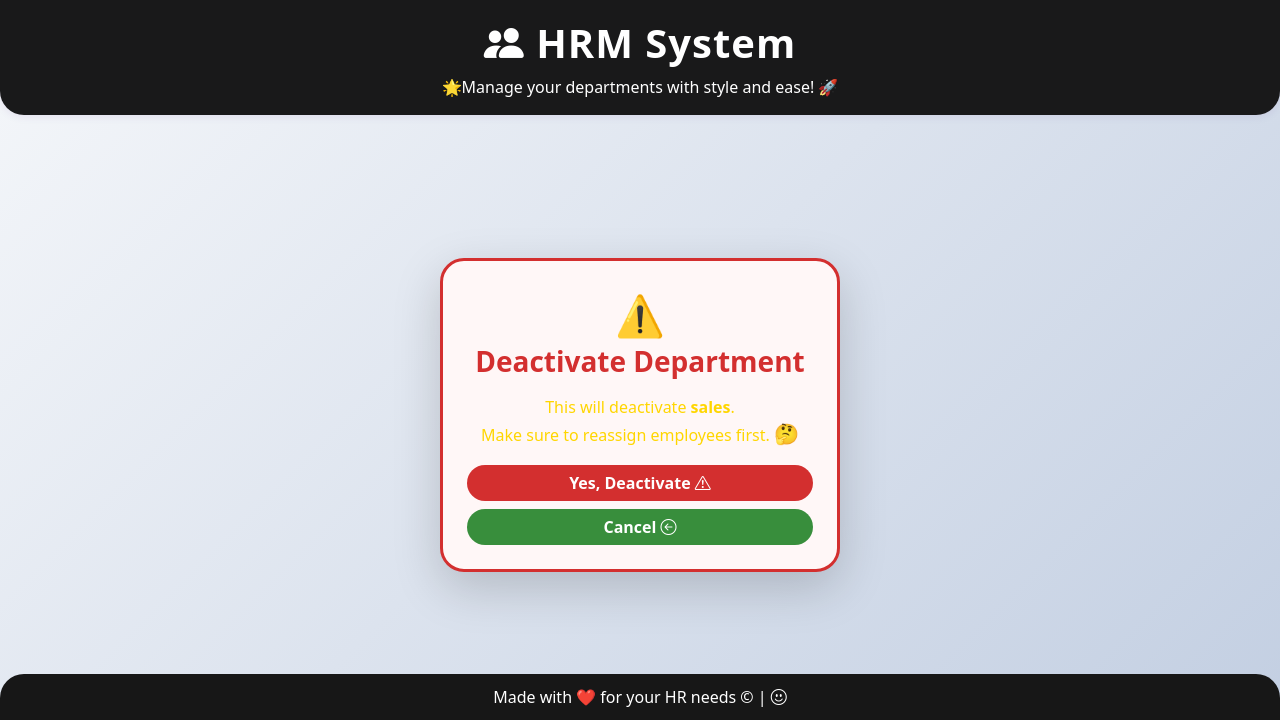
Repository: rtrupti09/HRMS
Page: http://localhost/departments/delete/1/
The author's editor kept a copy of each file at every save. The page is drawn from the files as they stood at one save, then again after the next save.
The browser window is 1280 px wide. The pictures show the whole page.
The page is served by the project's application, run on Django 5.2 (hrm_system/manage.py). The first stored user is signed in. The page reads the database file committed with the project.

Above is the page before, as saved 2025-06-22 15:56:34.

After the next save:
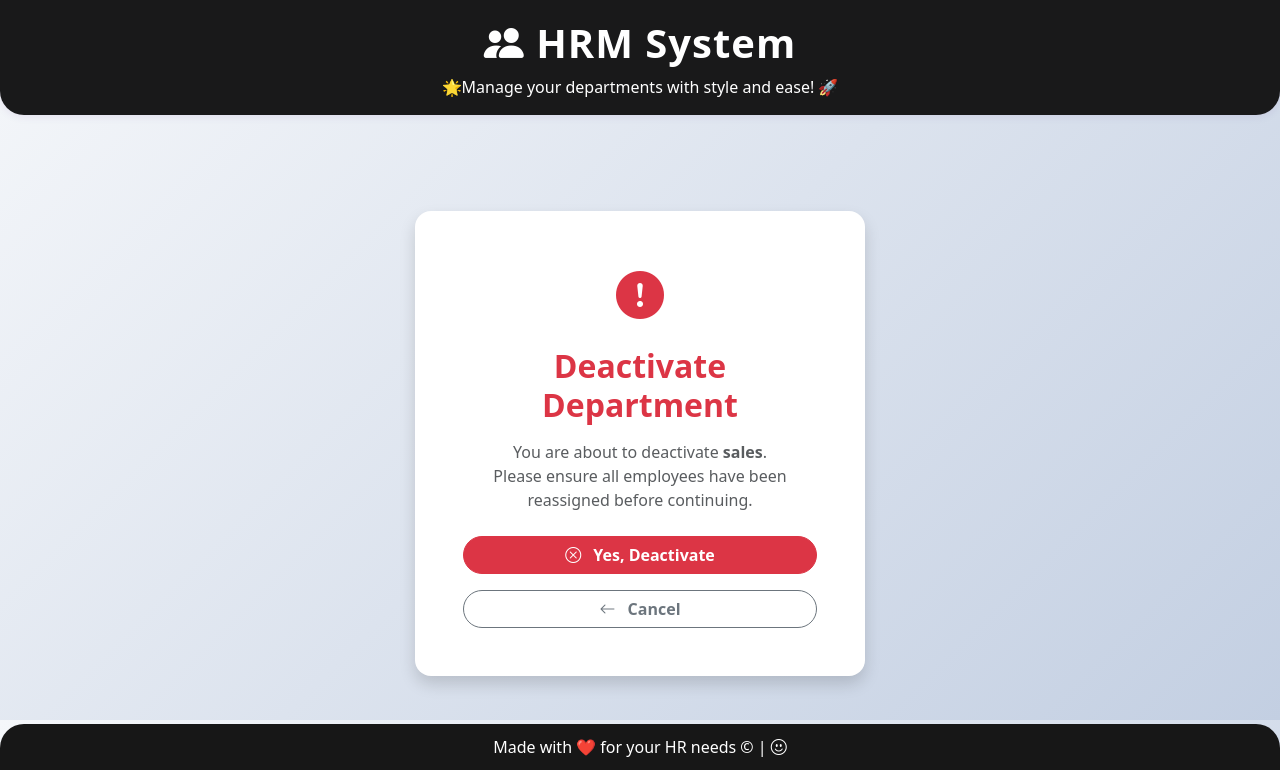
Saved 107 s later.
--- a/hrm_system/templates/department/confirm_delete.html
+++ b/hrm_system/templates/department/confirm_delete.html
@@ -1,15 +1,34 @@
 {% extends "base.html" %}
+
 {% block content %}
-<div class="container py-5 d-flex justify-content-center align-items-center" style="min-height:70vh;">
-    <div class="card shadow-lg p-4 text-center" style="max-width:400px; width:100%; border-radius:24px; border:3px solid #D32F2F; background: #fff7f7;">
-        <span class="fs-1">⚠️</span>
-        <h3 class="mb-3" style="color:#D32F2F; font-weight:bold;">Deactivate Department</h3>
-        <p style="color:#FFD600;">This will deactivate <strong>{{ department.dept_name }}</strong>. <br>Make sure to reassign employees first. <span class="fs-5">🤔</span></p>
-        <form method="post">
-            {% csrf_token %}
-            <button type="submit" class="btn btn-danger w-100 mb-2" style="background:#D32F2F; border:none; border-radius:20px; font-weight:bold;">Yes, Deactivate <i class="bi bi-exclamation-triangle"></i></button>
-            <a href="{% url 'department_dashboard' %}" class="btn btn-success w-100" style="background:#388E3C; border:none; border-radius:20px; font-weight:bold;">Cancel <i class="bi bi-arrow-left-circle"></i></a>
-        </form>
+<div class="container py-5 d-flex justify-content-center align-items-center" style="min-height: 70vh;">
+    <div class="card shadow border-0 rounded-4 text-center" style="max-width: 450px; width: 100%;">
+        <div class="card-body p-5">
+            <!-- Warning Icon -->
+            <div class="mb-3">
+                <i class="bi bi-exclamation-circle-fill text-danger" style="font-size: 3rem;"></i>
+            </div>
+
+            <!-- Title -->
+            <h2 class="mb-3 text-danger fw-bold">Deactivate Department</h2>
+
+            <!-- Message -->
+            <p class="text-muted">
+                You are about to deactivate <strong>{{ department.dept_name }}</strong>. <br>
+                Please ensure all employees have been reassigned before continuing.
+            </p>
+
+            <!-- Form -->
+            <form method="post" class="mt-4">
+                {% csrf_token %}
+                <button type="submit" class="btn btn-danger w-100 mb-3 rounded-pill fw-semibold">
+                    <i class="bi bi-x-circle me-2"></i> Yes, Deactivate
+                </button>
+                <a href="{% url 'department_dashboard' %}" class="btn btn-outline-secondary w-100 rounded-pill fw-semibold">
+                    <i class="bi bi-arrow-left me-2"></i> Cancel
+                </a>
+            </form>
+        </div>
     </div>
 </div>
 {% endblock %}
